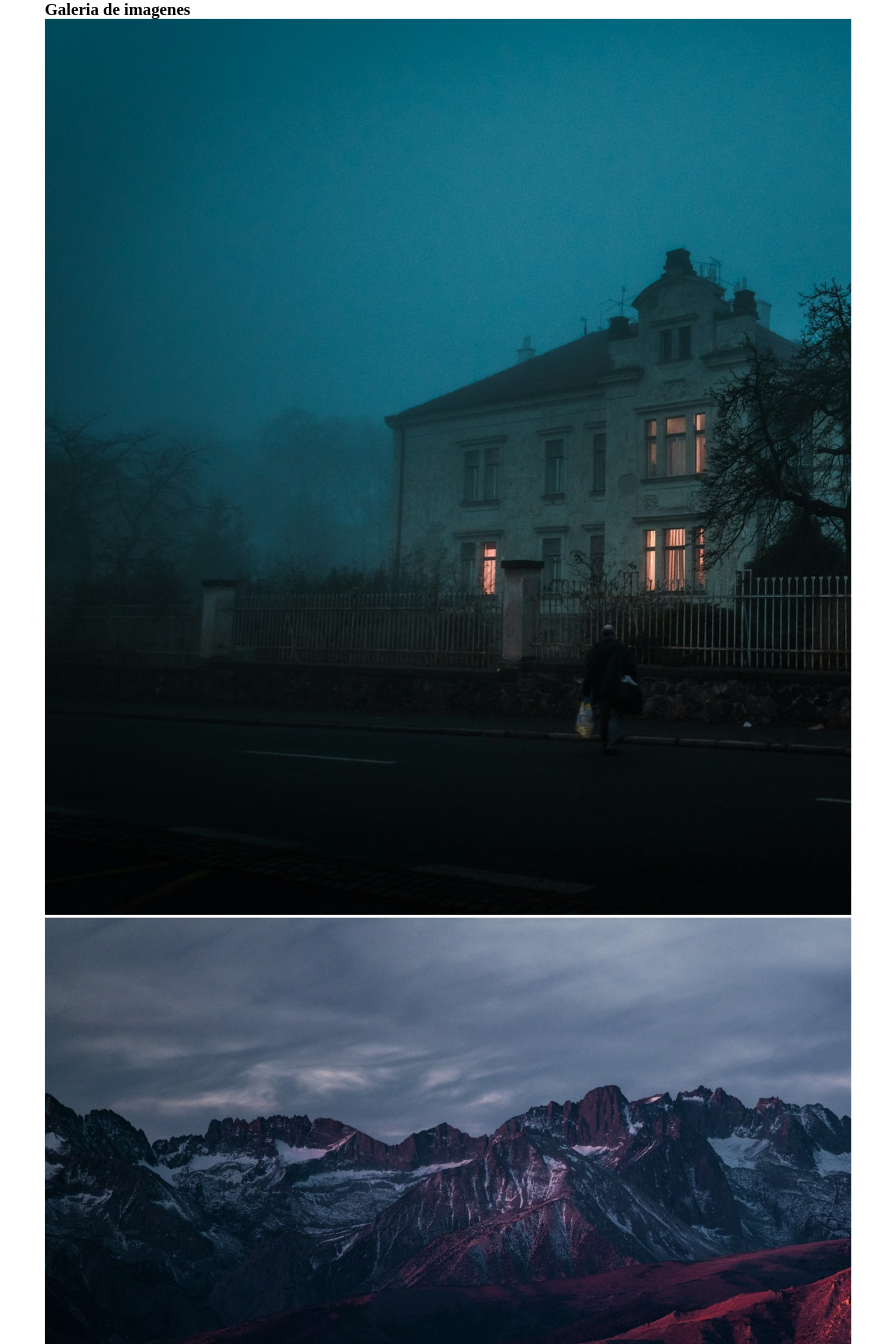
Repository: DamianBermudez94/curso-css3
Page: galeria.html
These files come from the project's save history. The page is drawn as it stood at one moment and after the next save; the edit follows.
The browser window is 1280 px wide. The pictures show the part of the page from y = 0 to 1920 px (the page is 9227 px tall before and 9237 px after), at 70% of full size.

Above is the page before, as saved 2024-05-18 13:52:18.

### galeria.html
<!DOCTYPE html>
<html lang="es">
  <head>
    <meta charset="UTF-8" />
    <meta name="viewport" content="width=device-width, initial-scale=1.0" />
    <title>Galeria</title>
    <link rel="stylesheet" href="listas-e-imagenes/estilos.css">
  </head>
  <body>
    <section class="gallery">
      <h1 class="title-img">Galeria de imagenes</h1>
      <img src="img/image1.jpg" alt="" class="img" />
      <img src="img/image2.jpg" alt="" class="img" />
      <img src="img/image3.jpg" alt="" class="img" />
      <img src="img/image4.jpg" alt="" class="img" />
      <img src="img/image5.jpg" alt="" class="img" />
    </section>
  </body>
</html>

### listas-e-imagenes/estilos.css
*{
    padding: 0;
    margin: 0;
    box-sizing: border-box;
}

.gallery{
    width: 90%;
    margin: 0 auto;
    overflow: hidden;
}

After the next save:
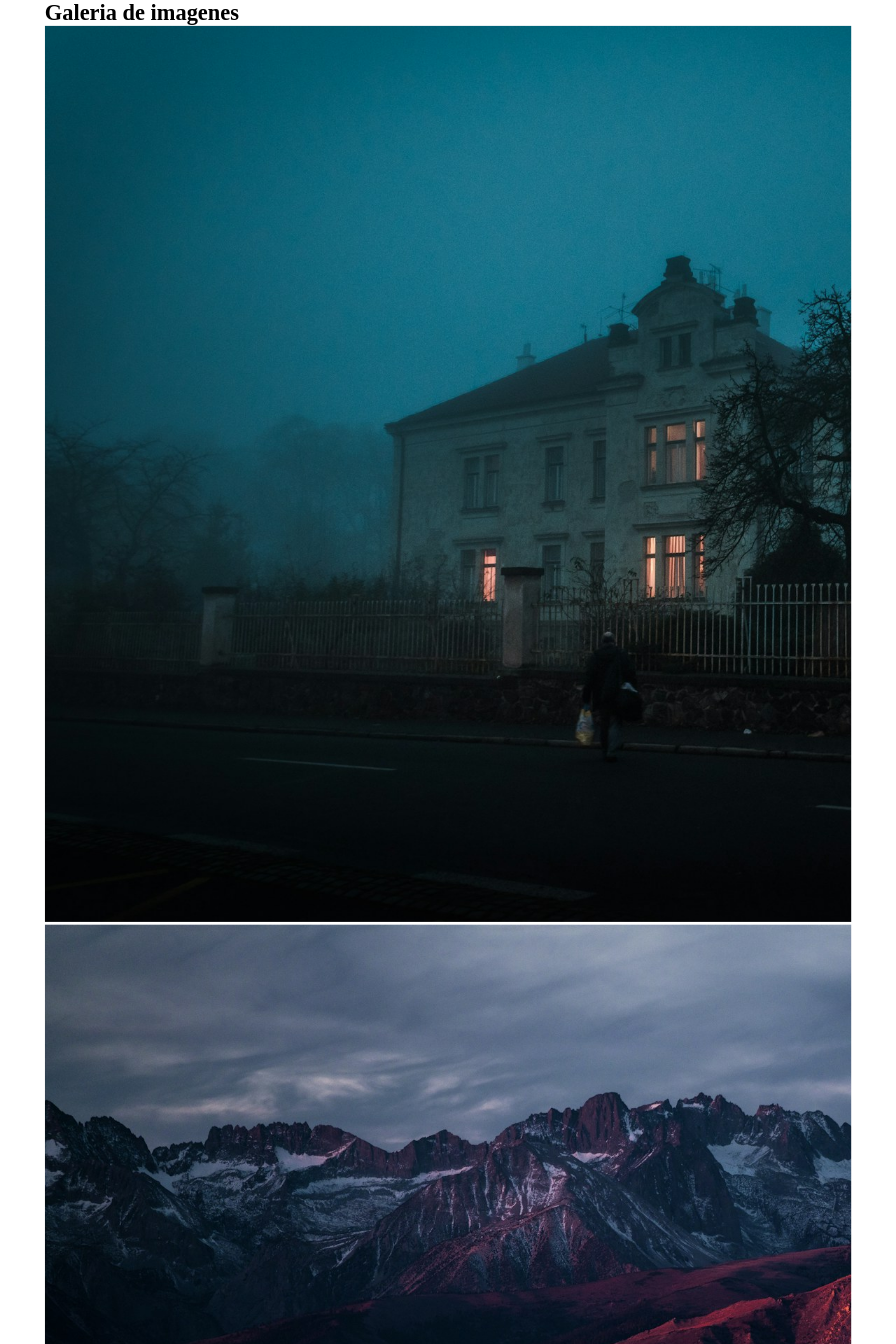
Saved 12 s later.
--- a/listas-e-imagenes/estilos.css
+++ b/listas-e-imagenes/estilos.css
@@ -9,3 +9,6 @@
     margin: 0 auto;
     overflow: hidden;
 }
+.title-img{
+    font-size: 2rem;
+}
